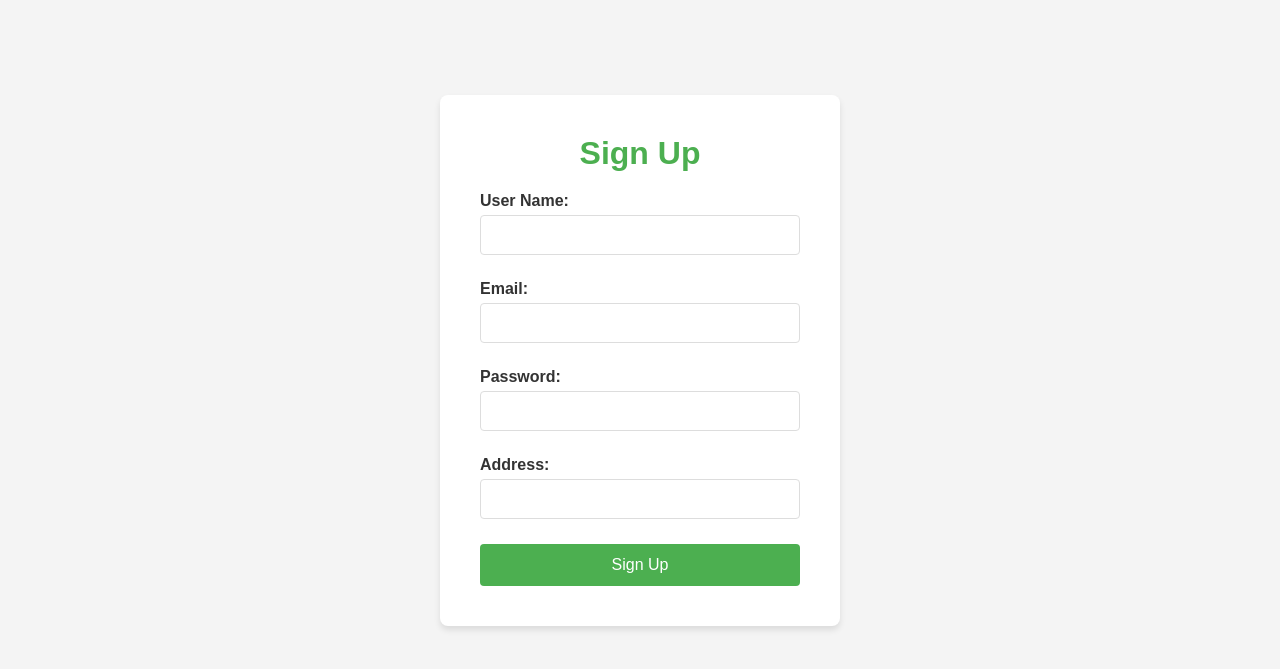
Repository: thotameghana/E-Commerce
Page: http://localhost/E_Commerce/signup.jsp
These files come from the project's save history. The page is drawn as it stood at one moment and after the next save; the edit follows.
The browser window is 1280 px wide. The pictures show the whole page.
The page is served by Tomcat 10. Other server files are loaded and not shown.

Above is the page before, as saved 2025-01-28 12:04:14.

### E_Commerce/src/main/webapp/signup.jsp
<%@ page language="java" contentType="text/html; charset=UTF-8" pageEncoding="UTF-8"%>
<!DOCTYPE html>
<html lang="en">
<head>
    <meta charset="UTF-8">
    <meta name="viewport" content="width=device-width, initial-scale=1.0">
    <title>Sign Up</title>
    <style>
        :root {
            --primary-color: #4CAF50;
            --secondary-color: #45a049;
            --background-color: #f4f4f4;
            --text-color: #333;
            --error-color: #f44336;
        }

        * {
            margin: 0;
            padding: 0;
            box-sizing: border-box;
        }

        body {
            font-family: Arial, sans-serif;
            background-color: var(--background-color);
            color: var(--text-color);
            display: flex;
            justify-content: center;
            align-items: center;
            height: 100vh;
        }

        .container {
            background-color: #fff;
            border-radius: 8px;
            box-shadow: 0 4px 6px rgba(0, 0, 0, 0.1);
            padding: 40px;
            width: 100%;
            max-width: 400px;
        }

        h1 {
            text-align: center;
            margin-bottom: 20px;
            color: var(--primary-color);
        }

        form {
            display: flex;
            flex-direction: column;
        }

        .form-group {
            margin-bottom: 20px;
        }

        label {
            display: block;
            margin-bottom: 5px;
            font-weight: bold;
        }

        input {
            width: 100%;
            padding: 10px;
            border: 1px solid #ddd;
            border-radius: 4px;
            font-size: 16px;
        }

        input:focus {
            outline: none;
            border-color: var(--primary-color);
        }

        button {
            background-color: var(--primary-color);
            color: white;
            border: none;
            padding: 12px;
            font-size: 16px;
            border-radius: 4px;
            cursor: pointer;
            transition: background-color 0.3s;
        }

        button:hover {
            background-color: var(--secondary-color);
        }

        .error {
            color: var(--error-color);
            font-size: 14px;
            margin-top: 5px;
        }

        @media (max-width: 480px) {
            .container {
                padding: 20px;
            }
        }
    </style>
</head>
<body>
    <div class="container">
        <h1>Sign Up</h1>
        <form id="signupForm" method="post" action="processSignup.jsp">
            <div class="form-group">
                <label for="userName">User Name:</label>
                <input type="text" id="userName" name="userName" required>
                <div class="error" id="userNameError"></div>
            </div>
            <div class="form-group">
                <label for="email">Email:</label>
                <input type="email" id="email" name="email" required>
                <div class="error" id="emailError"></div>
            </div>
            <div class="form-group">
                <label for="password">Password:</label>
                <input type="password" id="password" name="password" required>
                <div class="error" id="passwordError"></div>
            </div>
            <div class="form-group">
                <label for="address">Address:</label>
                <input type="text" id="address" name="address" required>
                <div class="error" id="addressError"></div>
            </div>
            <button type="submit">Sign Up</button>
        </form>
    </div>

    <script>
        document.getElementById('signupForm').addEventListener('submit', function(event) {
            let isValid = true;
            const userName = document.getElementById('userName').value.trim();
            const email = document.getElementById('email').value.trim();
            const password = document.getElementById('password').value;
            const address = document.getElementById('address').value.trim();

            // Reset error messages
            document.querySelectorAll('.error').forEach(el => el.textContent = '');

            // Validate User Name
            if (userName.length < 3) {
                document.getElementById('userNameError').textContent = 'User Name must be at least 3 characters long.';
                isValid = false;
            }

            // Validate Email
            const emailRegex = /^[^\s@]+@[^\s@]+\.[^\s@]+$/;
            if (!emailRegex.test(email)) {
                document.getElementById('emailError').textContent = 'Please enter a valid email address.';
                isValid = false;
            }

            // Validate Password
            if (password.length < 6) {
                document.getElementById('passwordError').textContent = 'Password must be at least 6 characters long.';
                isValid = false;
            }

            // Validate Address
            if (address.length < 5) {
                document.getElementById('addressError').textContent = 'Please enter a valid address.';
                isValid = false;
            }

            if (!isValid) {
                event.preventDefault();
            }
        });
    </script>
</body>
</html>

Loaded but not shown: E_Commerce/src/main/webapp/styles/signup.css (common file)

After the next save:
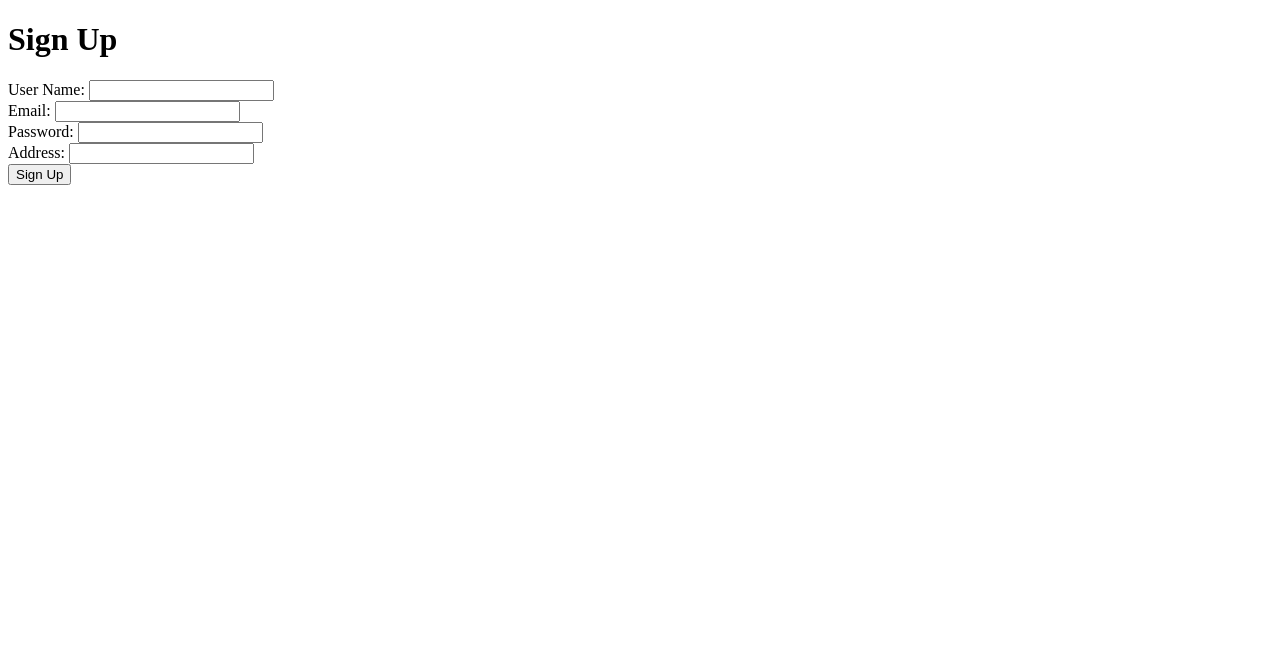
Saved 39 s later.
--- a/E_Commerce/src/main/webapp/signup.jsp
+++ b/E_Commerce/src/main/webapp/signup.jsp
@@ -5,101 +5,7 @@
     <meta charset="UTF-8">
     <meta name="viewport" content="width=device-width, initial-scale=1.0">
     <title>Sign Up</title>
-    <style>
-        :root {
-            --primary-color: #4CAF50;
-            --secondary-color: #45a049;
-            --background-color: #f4f4f4;
-            --text-color: #333;
-            --error-color: #f44336;
-        }
-
-        * {
-            margin: 0;
-            padding: 0;
-            box-sizing: border-box;
-        }
-
-        body {
-            font-family: Arial, sans-serif;
-            background-color: var(--background-color);
-            color: var(--text-color);
-            display: flex;
-            justify-content: center;
-            align-items: center;
-            height: 100vh;
-        }
-
-        .container {
-            background-color: #fff;
-            border-radius: 8px;
-            box-shadow: 0 4px 6px rgba(0, 0, 0, 0.1);
-            padding: 40px;
-            width: 100%;
-            max-width: 400px;
-        }
-
-        h1 {
-            text-align: center;
-            margin-bottom: 20px;
-            color: var(--primary-color);
-        }
-
-        form {
-            display: flex;
-            flex-direction: column;
-        }
-
-        .form-group {
-            margin-bottom: 20px;
-        }
-
-        label {
-            display: block;
-            margin-bottom: 5px;
-            font-weight: bold;
-        }
-
-        input {
-            width: 100%;
-            padding: 10px;
-            border: 1px solid #ddd;
-            border-radius: 4px;
-            font-size: 16px;
-        }
-
-        input:focus {
-            outline: none;
-            border-color: var(--primary-color);
-        }
-
-        button {
-            background-color: var(--primary-color);
-            color: white;
-            border: none;
-            padding: 12px;
-            font-size: 16px;
-            border-radius: 4px;
-            cursor: pointer;
-            transition: background-color 0.3s;
-        }
-
-        button:hover {
-            background-color: var(--secondary-color);
-        }
-
-        .error {
-            color: var(--error-color);
-            font-size: 14px;
-            margin-top: 5px;
-        }
-
-        @media (max-width: 480px) {
-            .container {
-                padding: 20px;
-            }
-        }
-    </style>
+    <link rel="stylesheet" href="./styles/signup.css">
 </head>
 <body>
     <div class="container">
